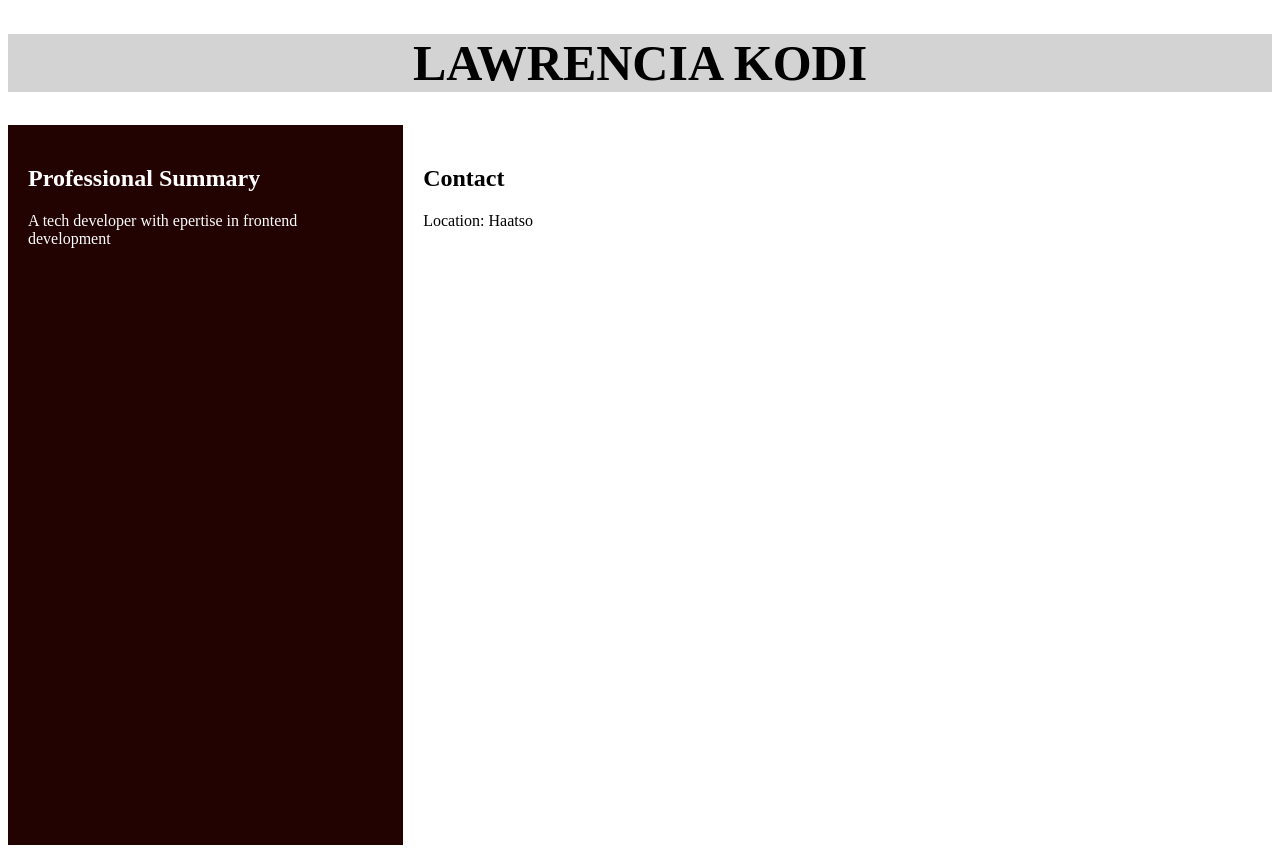
Repository: lawrencia-coder/T4G_CV
Page: index.html
These files come from the project's save history. The page is drawn as it stood at one moment and after a run of saves; the edit follows.
The browser window is 1280 px wide. The pictures show the whole page.
Some web libraries are served in a nearby version.

Above is the page before, as saved 2026-07-09 07:34:04.

### index.html
<!DOCTYPE html>
<html lang="en">
<head>
    <meta charset="UTF-8">
    <meta name="viewport" content="width=device-width, initial-scale=1.0">
    <script src="https://kit.fontawesome.com/c72fc9c022.js" crossorigin="anonymous"></script>
    <title>T4G_CV</title>
    <link rel="stylesheet" href="style.css">
</head>
<body>
    <h1>LAWRENCIA KODI</h1>
    <div class="cv-container">
        <div class="left-column">
            <h2>Professional Summary</h2>
              <p>A tech developer with epertise in frontend development</p>
        </div>
         <div class="right-column">
             <h2> Contact</h2>
              <p>Location: Haatso</p>
         </div>
    </div>

</body>
</html>

### style.css
/* working on my headings */
h1{
    text-align: center;
    background-color: rgb(212, 211, 211);
    border-width: 60px;
    font-size: 50px;

}
.cv-container{
    display: flex;
    width: 100%;
    min-height: 100vh;
}

.left-column{
width: 30%;
background-color: rgb(35, 2, 2);
color: white;
padding: 20px;
}

.right-column{
    width: 70%;
    background-color: white;
    color: black;
    padding: 20px;
}

After the next 2 saves:
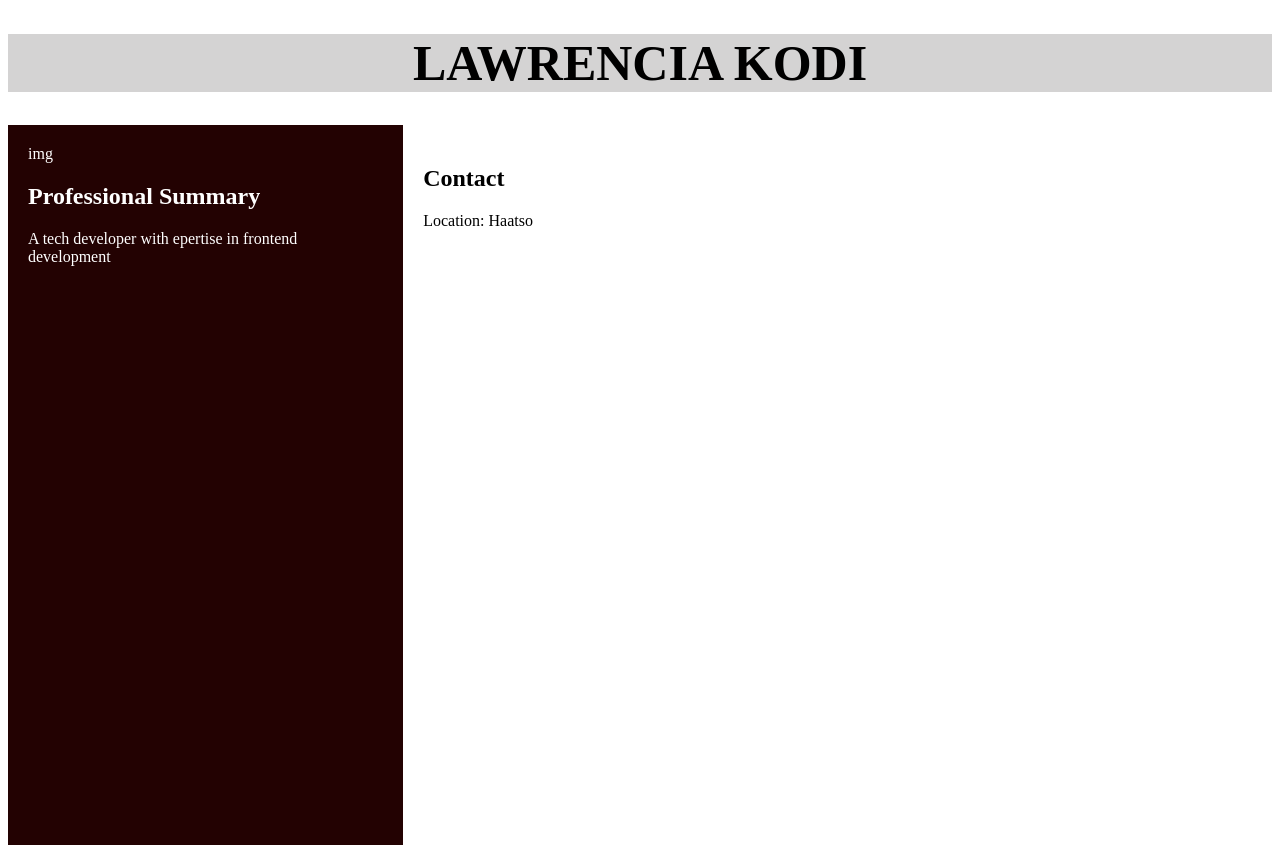
The 2 saves are shown as one change because they came seconds apart.
The last was saved 24 min 1 s later.
--- a/index.html
+++ b/index.html
@@ -11,6 +11,7 @@
     <h1>LAWRENCIA KODI</h1>
     <div class="cv-container">
         <div class="left-column">
+            img
             <h2>Professional Summary</h2>
               <p>A tech developer with epertise in frontend development</p>
         </div>
